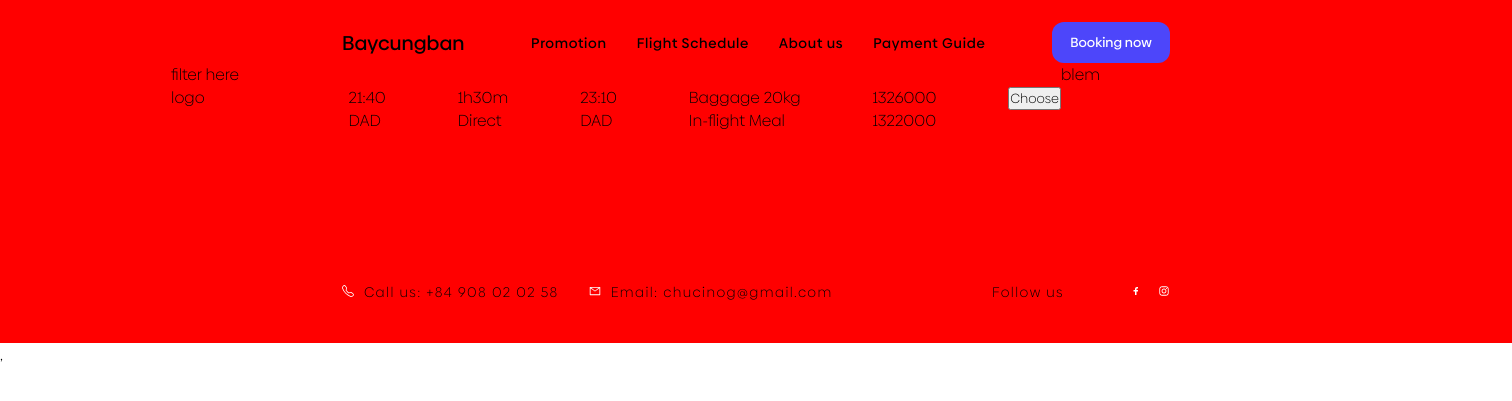
Repository: pinocoding/my-flying
Page: /list (app in my-flying/)
An editor plug-in stored every save of this project. The page is shown before and after the next save, followed by the edit.
The browser window is 1280 px wide. The page is 1512 px wide, so the pictures cover 1512 px, including what lies to the right of the window. The pictures show the whole page.
The project was rebuilt for these pictures with package versions that can differ from the ones it lists, and the page was loaded fresh each time. Also part of the build but not shown: my-flying/src/components/InDecreaBtn/InDecreaBtn.js, my-flying/src/components/TravelBooking/TravelBooking.css, my-flying/src/components/TravelBooking/TravelBooking.js, my-flying/src/components/home/Home.css, my-flying/src/components/home/Home.js. Imported but missing from the stored project, and not drawn on this page: my-flying/src/reportWebVitals.

Above is the page before, as saved 2022-09-09 16:53:33.

### my-flying/src/index.js
import React from "react";
import ReactDOM from "react-dom/client";
import "./index.css";
import App from "./App";
import reportWebVitals from "./reportWebVitals";
import "./font/SVN-Biennale/Biennale-Bold.otf";
const root = ReactDOM.createRoot(document.getElementById("root"));
root.render(
  <React.StrictMode>
    <App />
  </React.StrictMode>
);

// If you want to start measuring performance in your app, pass a function
// to log results (for example: reportWebVitals(console.log))
// or send to an analytics endpoint. Learn more: https://bit.ly/CRA-vitals
reportWebVitals();

### my-flying/src/index.css
@font-face {
  font-family: "SVN-Biennale";
  src: local("SVN-Biennale"),
    url("./font/SVN-Biennale/Biennale-Light.otf") format("opentype");

  font-weight: 400;
}

@font-face {
  font-family: "SVN-Biennale";
  src: local("SVN-Biennale"),
    url("./font/SVN-Biennale/Biennale-Medium.otf") format("opentype");

  font-weight: 600;
}

### my-flying/src/App.js
import React from "react";

import { render } from "react-dom";
import { BrowserRouter, Routes, Route } from "react-router-dom";
import Home from "../src/components/Home/Home";
import List from "./components/List/List";
import "./App.css";
function App() {
  return (
    <div className="App">
      <BrowserRouter>
        <Routes>
          <Route path="/" element={<Home />} />
          <Route path="/list" element={<List />} />
        </Routes>
      </BrowserRouter>
      ,
    </div>
  );
}

export default App;

### my-flying/src/components/List/List.js
import React from "react";
import Header from "../Header/Header";
import Footer from "../Footer/Footer";
import "./List.css";
import FlightInfor from "../FlightsInfor/FlightInfor";
function List() {
  return (
    <div className="list">
      <Header />

      <div className="list-container">
        <div className="list-infor">
          {" "}
          <div className="list-filter">filter here</div>
          <div className="list-row">
            <FlightInfor />
          </div>
        </div>

        <div className="list-userFlight">blem</div>
      </div>
      <Footer />
    </div>
  );
}

export default List;

### my-flying/src/App.css
* {
  box-sizing: border-box;
  margin: 0;
  padding: 0;
  scroll-behavior: smooth;
  font-family: "SVN-Biennale", Courier, monospace;
}
.App {
  width: 1512px;
  margin: 0 auto;
}

### my-flying/src/components/Header/Header.js
import React from "react";
import "./Header.css";

function Header() {
  return (
    <div className="header">
      <div className="header-logo">
        <div className="header-logo-name">Baycungban</div>
        {/* <div>img</div>
        <div>img</div> */}
      </div>

      <ul className="header-nav">
        <li>
          <a href="/#">Promotion</a>
        </li>
        <li>
          <a href="/flight-schedule">Flight Schedule</a>
        </li>
        <li>
          <a href="/#">About us</a>
        </li>
        <li>
          <a href="/#">Payment Guide</a>
        </li>
      </ul>

      <button className="header-booking">Booking now</button>
    </div>
  );
}

export default Header;

### my-flying/src/components/Footer/Footer.js
import React from "react";
import { BsTelephone } from "react-icons/bs";
import { AiOutlineMail, AiOutlineInstagram } from "react-icons/ai";
import { TiSocialFacebook } from "react-icons/ti";
import "./Footer.css";
function Footer() {
  return (
    <div className="footer">
      <ul>
        <li>
          <a href="/#" className="footer-link">
            <BsTelephone className="footer-icon" />
          </a>
          <span>Call us: +84 908 02 02 58</span>
        </li>

        <li>
          <a href="/#" className="footer-link">
            <AiOutlineMail className="footer-icon" />
          </a>
          <span>Email: chucinog@gmail.com</span>
        </li>
      </ul>

      <div>
        <span className="footer-follow">Follow us</span>
        <a href="/#" className="footer-link footer-facebook">
          <TiSocialFacebook className="footer-icon" />
        </a>
        <a href="/#" className="footer-link">
          <AiOutlineInstagram className="footer-icon" />
        </a>
      </div>
    </div>
  );
}

export default Footer;

### my-flying/src/components/List/List.css
.list {
  background-color: red;
  padding: 0 171px 0 171px;
}

.list-container {
  display: flex;
}

.list-row {
  width: 890px;
  height: 124px;
  border-radius: 12px;
}

### my-flying/src/components/FlightsInfor/FlightInfor.js
import React from "react";
import "./FlightInfor.css";

function FlightInfor() {
  return (
    <div className="flight-container">
      <ul>
        <li>logo</li>
        <li className="flight-name"></li>
        <li className="flight-time">
          <p>21:40</p>
          <p>DAD</p>
        </li>

        <li className="flight-direc">
          <p>1h30m</p>
          <p></p>
          <p>Direct</p>
        </li>
        <li className="flight-time">
          <p>23:10</p>
          <p>DAD</p>
        </li>

        <li className="flight-meal">
          <p>Baggage 20kg </p>
          <p>In-flight Meal </p>
        </li>

        <li className="flight-price">
          <p>1326000</p>
          <p>1322000</p>
        </li>
        <li className="flight-choose">
          <button>Choose</button>
        </li>
      </ul>
    </div>
  );
}

export default FlightInfor;

### my-flying/src/components/Header/Header.css
.header {
  display: flex;
  justify-content: space-between;
  text-align: center;
  padding: 22px 171px 0 171px;
}
.header-logo {
  display: flex;
}
.header-logo-name {
  font-weight: 600;
  font-size: 20px;
  align-items: center;
  display: flex;
}
.header-nav {
  display: flex;
  list-style: none;
  justify-content: space-between;
  gap: 0 30px;
  align-items: center;
}
.header-nav li a {
  color: rgba(0, 0, 0, 1);
  text-decoration: none;
  font-family: "SVN-Biennale";
  font-style: normal;
  font-weight: 600;
  font-size: 14px;
  line-height: 21px;

  text-align: center;
  letter-spacing: 0.05em;
}
.header-booking {
  background-color: rgba(77, 70, 250, 1);
  color: white;
  height: 41px;
  width: 118px;
  left: 1223px;
  top: 38px;
  border-radius: 12px;
  padding: 10px 16px 10px 16px;
  border: none;
  cursor: pointer;
  font-weight: 600;
}

### my-flying/src/components/Footer/Footer.css
.footer {
  display: flex;
  justify-content: space-between;
  text-align: center;
  width: 100%;
  padding: 70px 171px 40px 171px;
}
.footer ul {
  list-style: none;
  display: flex;
  gap: 0 30px;
}
.footer-link {
  position: relative;
}
.footer-icon {
  color: white;
  font-size: 12px;
}

.footer-link:after {
  content: "";
  position: absolute;
  top: 0;
  left: 0;
  width: 18px;
  height: 18px;
  border-radius: 50%;
  transform: translate(-18%, 8%);
  background-color: #4d46fa;

  z-index: -1;
}
.footer ul li span {
  padding-left: 10px;
  font-family: "SVN-Biennale";
  font-style: normal;
  font-weight: 400;
  font-size: 14px;
  line-height: 21px;
  /* identical to box height */

  letter-spacing: 0.1em;

  color: #000000;
}
.footer-follow {
  width: 72px;
  height: 21px;
  font-family: "SVN-Biennale";
  font-style: normal;
  font-weight: 400;
  font-size: 14px;
  line-height: 21px;
  /* identical to box height */

  letter-spacing: 0.1em;

  color: #000000;

  position: relative;
  margin-right: 50px;
}

.footer-follow:after {
  content: "";
  position: absolute;
  top: 50%;
  right: 0;
  width: 40px;
  height: 1px;
  left: 81px;
  background-color: black;

  z-index: -1;
}
.footer-facebook {
  margin: 0 16px 0 16px;
}

### my-flying/src/components/FlightsInfor/FlightInfor.css
.flight-container {
  width: 100%;
}

.flight-container ul {
  list-style: none;
  display: flex;
  justify-content: space-between;
}

After the next save:
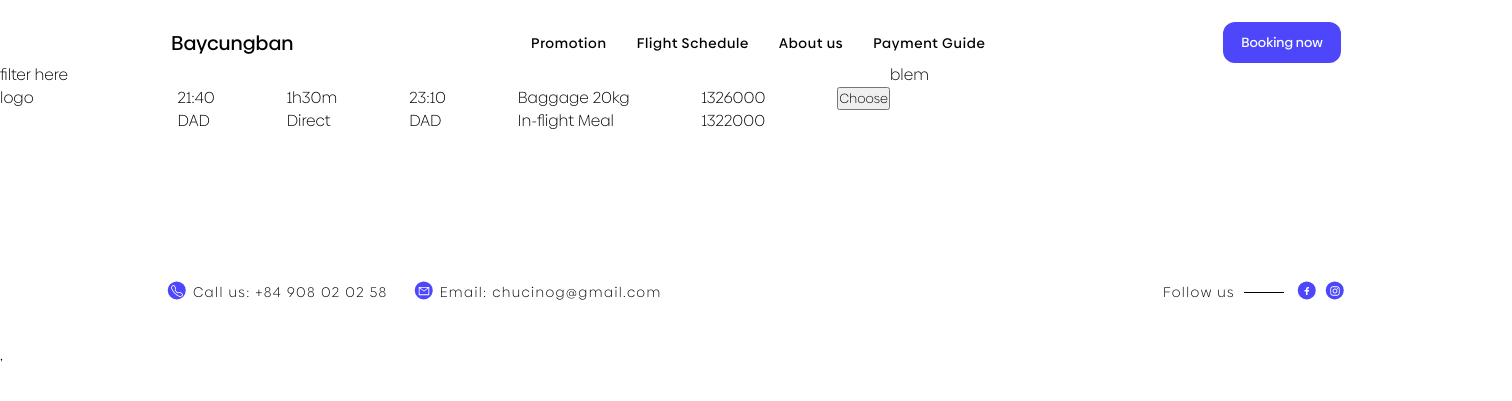
Saved 12 s later.
--- a/my-flying/src/components/List/List.css
+++ b/my-flying/src/components/List/List.css
@@ -1,8 +1,3 @@
-.list {
-  background-color: red;
-  padding: 0 171px 0 171px;
-}
-
 .list-container {
   display: flex;
 }
